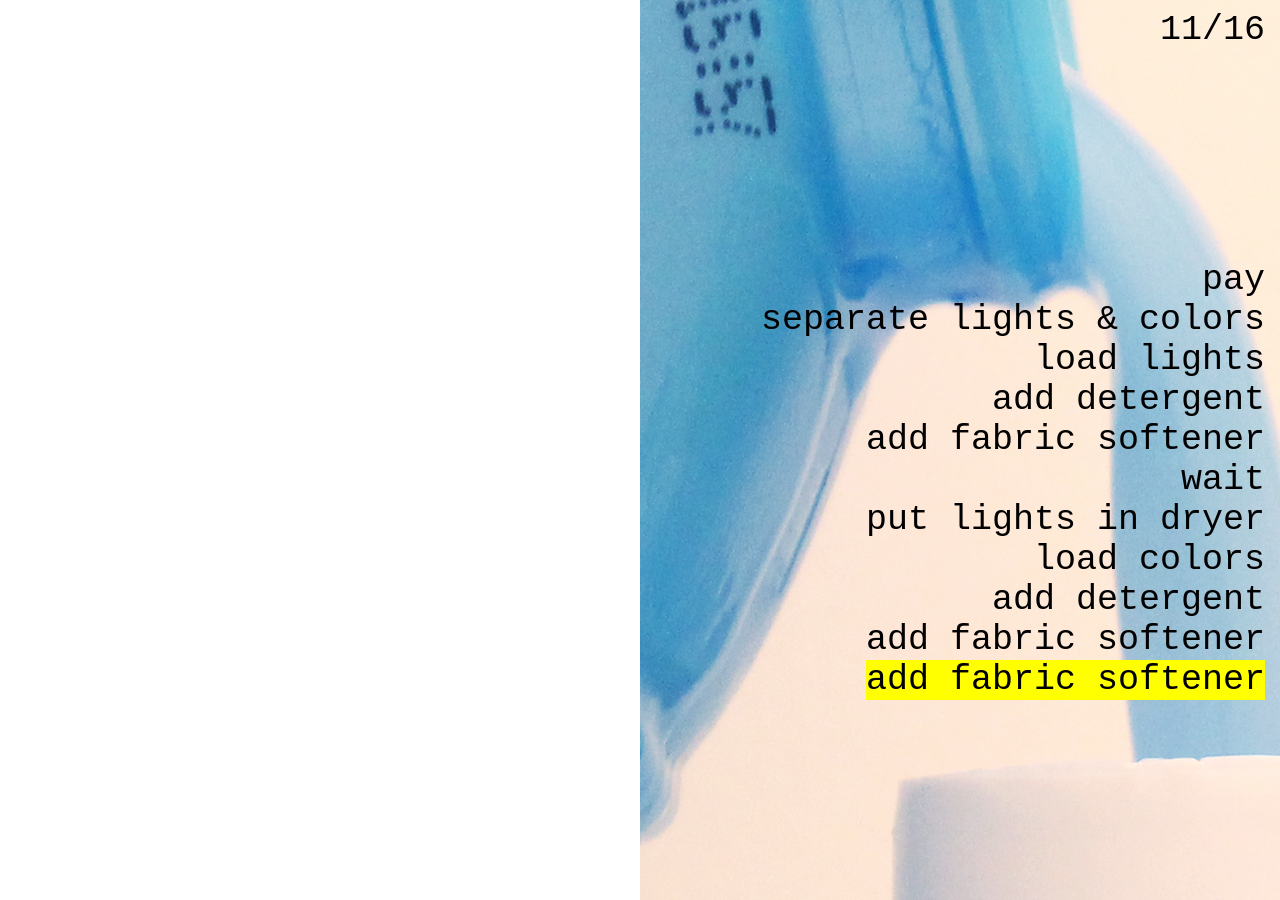
Repository: ortik455/ortik455.github.io
Page: studio/laundrysite/eleven.html
The author's editor kept a record of every edit. The page is drawn from the files as they stood at one moment, then again after the next edit.
The browser window is 1280 px wide. The pictures show the whole page.

Above is the page before.

### studio/laundrysite/eleven.html
<!DOCTYPE html>
<html>
	<head>
	    <link href='http://fonts.googleapis.com/css?family=Inconsolata' rel='stylesheet' type='text/css'>
		<link rel="icon" href="../../studio/favicon.png" sizes="16x16 32x32" type="image/png">
		<link href="laundry.css" rel="stylesheet" type="text/css">
		<title>11/16</title>
	</head>

	<body>
<!--class to call out all the text and use id="" to call out
individual things but dont use ids... -->
	  <div class="text">
		<div class="number">
	  		11/16
	  	</div>
		<div class="steps">
		  	pay
		  	<br>
		  	separate lights &amp; colors
		  	<br>
		  	load lights
		  	<br>
		  	add detergent
		  	<br>
		  	add fabric softener
		  	<br>
		  	wait
		  	<br>
		  	put lights in dryer
		  	<br>
		  	load colors
		  	<br>
		  	add detergent
		  	<br>
		  	add fabric softener
		  	<br>
		  	<mark>add fabric softener</mark>
		</div>
	  </div>

	  <div class="photos">
	  	<a href="twelve.html"><img src="photos/softener2.png"  alt=""></a>
	  </div>
	</body>
</html>

### studio/laundrysite/laundry.css
*, *:before, *:after {
    -webkit-box-sizing: border-box;
       -moz-box-sizing: border-box;
            box-sizing: border-box;

}
.timerbox {
    background: #000000;
    float: left;
    width: 50%;
    height: 900px;
}
.timer {
    position: absolute;
    background: #000000;
    color: #ffffff;
    top: 50%;
    left: 275px;
    font-size: 60px;
}
.timer2 {
    position: absolute;
    background: #000000;
    color: #ffffff;
    top: 50%;
    left: 275px;
    font-size: 60px;
}

body{
	background: #FFFFFF;
	font-size: 0px;
	margin: 0;
	font-family: Courier New, sans-serif;
	height: 100%;
}
.start{
    background-color: #000000;
    font-size: 50px;
    letter-spacing: 6px;
    position: absolute;
    bottom: 50%;
    margin-left: 20px;
}
.mark {
    background-color: #000000;
    color: #FFFFFF;
}
.text {
	font-size: 35px;
    width: 50%;
    height: 715px;
    float: left;
}
.photos {
    width: 50%;
    height: 100%;
    float: left;
    overflow: hidden;
}
.number {
   font-size: 35px;
   position: fixed;
   top: 0px;
   right: 0px;
   padding: 10px 15px 20px 5px;
}
.steps {
   font-size: 35px;
   text-align: right;
   position: fixed;
   bottom: 0px;
   right: 0px;
   padding: 10px 15px 20px 5px;

}
a:link {
    text-decoration:none;
    color: #000000;
    }
a:visited {
    color: #000000;
}
.photos:hover img {
    transform: scale(1.1);
}
.photos img {
    transition: transform 2s ease;
}

After the next edit:
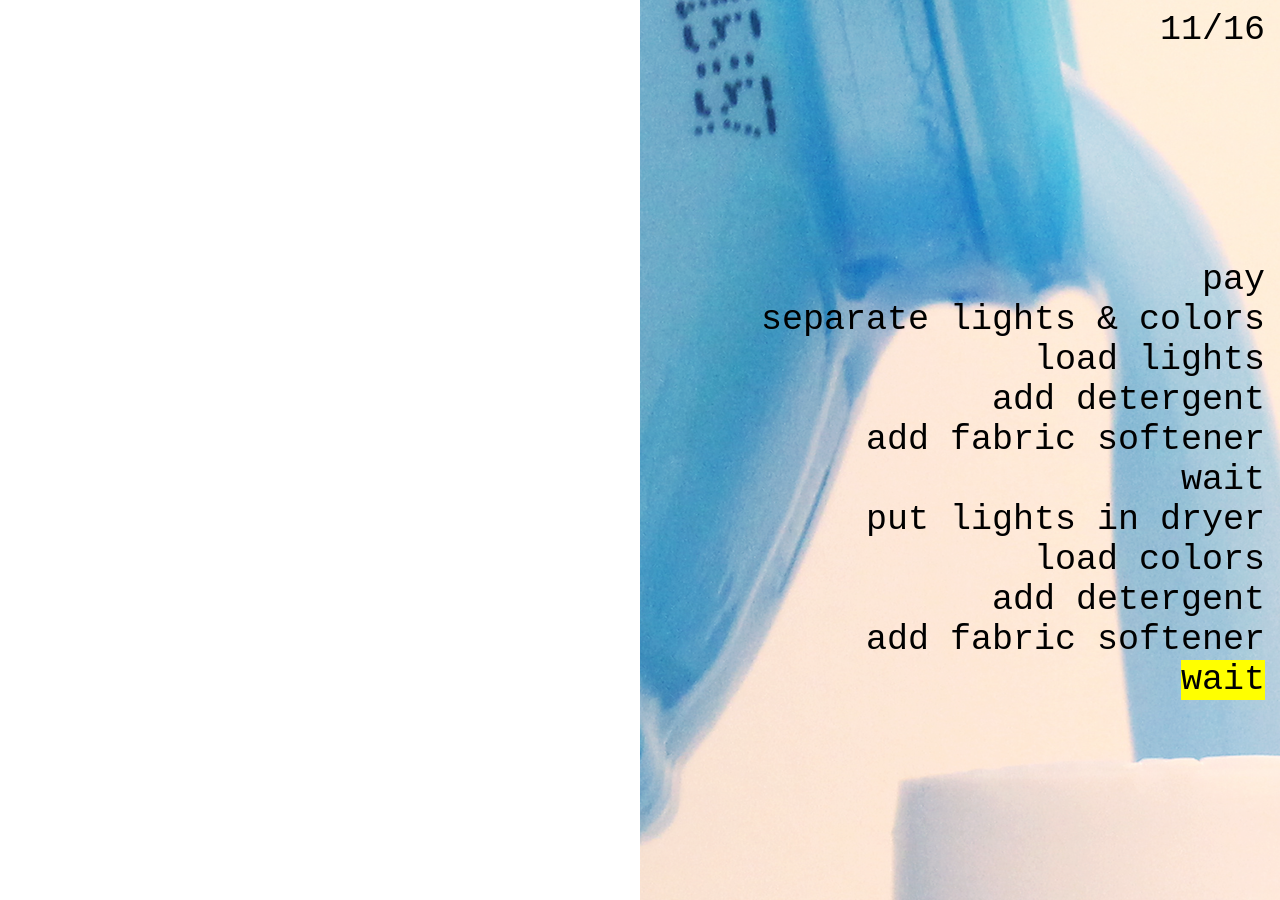
The edit:
--- a/studio/laundrysite/eleven.html
+++ b/studio/laundrysite/eleven.html
@@ -35,7 +35,7 @@
 		  	<br>
 		  	add fabric softener
 		  	<br>
-		  	<mark>add fabric softener</mark>
+		  	<mark>wait</mark>
 		</div>
 	  </div>
 
